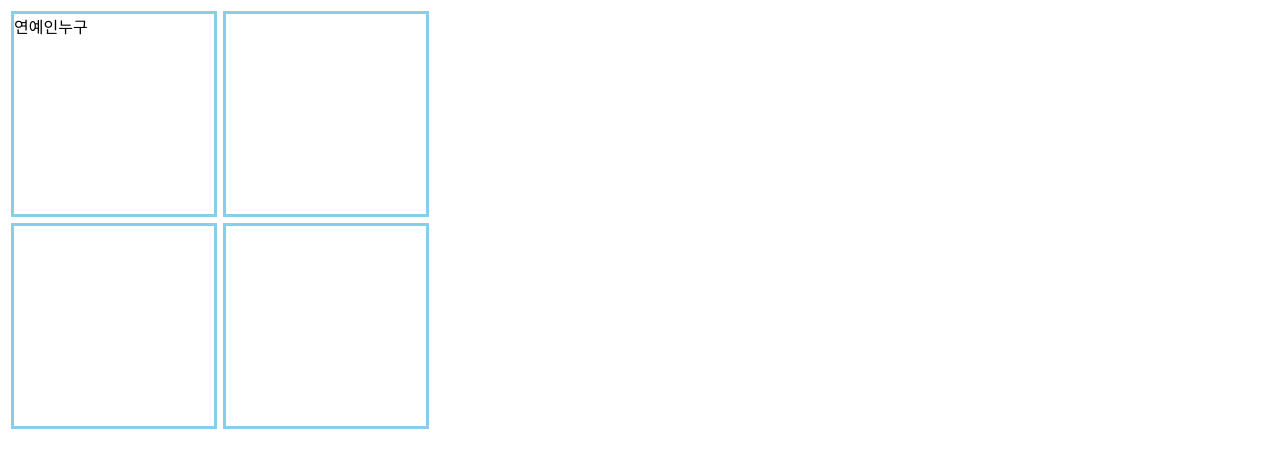
Repository: hojohe/bit-java
Page: 07_css/WebContent/99_exam/exam02.html
The author's editor kept a copy of each file at every save. The page is drawn from the files as they stood at one save, then again after a run of saves.
The browser window is 1280 px wide. The pictures show the whole page.

Above is the page before, as saved 2017-01-25 05:09:51.

### 07_css/WebContent/99_exam/exam02.html
<!DOCTYPE html>
<html>
<head>
<meta charset="EUC-KR">
<title>Insert title here</title>

<style>
	div {
		width: 200px;
		height: 200px;
		border: 3px solid skyblue;
		float: left;
		margin: 3px 3px;
	}

	div.pic1 {
		background-color:
	}

	div.pic3 {
		clear: both;
	}

</style>

</head>
<body>
	<div class="pic1">연예인누구</div>
	<div class="pic2"></div>
	<div class="pic3"></div>
	<div class="pic4"></div>
</body>
</html>

After the next 2 saves:
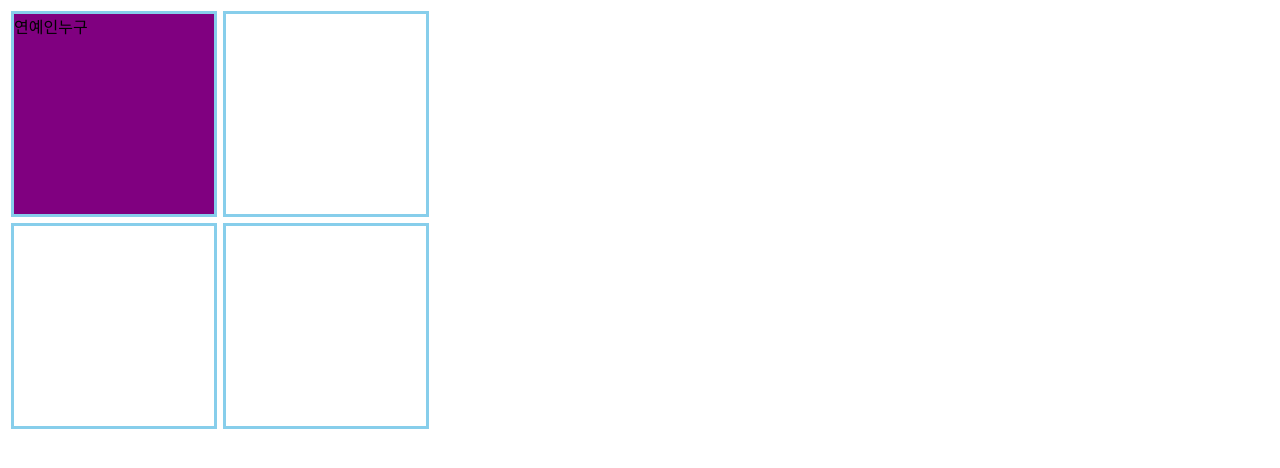
The 2 saves are shown as one change because they came seconds apart.
The last was saved 12 s later.
--- a/07_css/WebContent/99_exam/exam02.html
+++ b/07_css/WebContent/99_exam/exam02.html
@@ -14,7 +14,7 @@
 	}
 
 	div.pic1 {
-		background-color:
+		background-color: purple;
 	}
 
 	div.pic3 {
